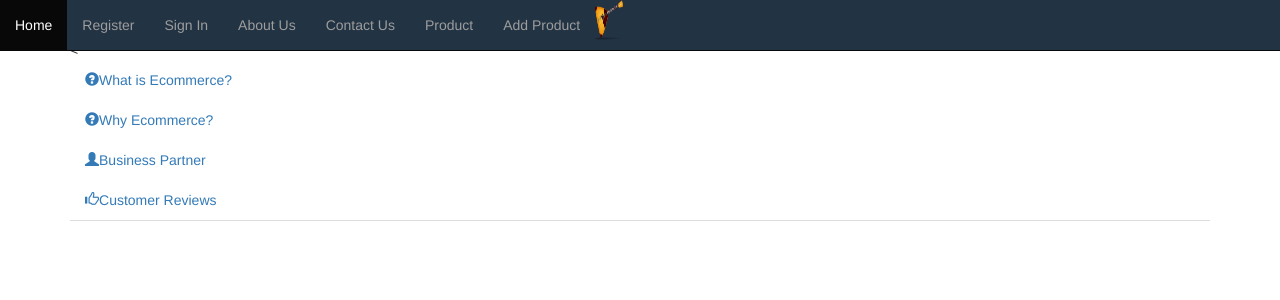
Repository: aradhana15/myFinalRepository
Page: http://localhost/music/WEB-INF/views/yecomm.jsp
These files come from the project's save history. The page is drawn as it stood at one moment and after the next save; the edit follows.
The browser window is 1280 px wide. The pictures show the whole page.
The page is served by Tomcat 9. Nobody is signed in. The template is opened directly, without the code that normally fills it, so the values that code supplies are empty.

Above is the page before, as saved 2016-04-23 16:39:44.
Console error (its wording comes from the project's code and is left out).

After the next save:
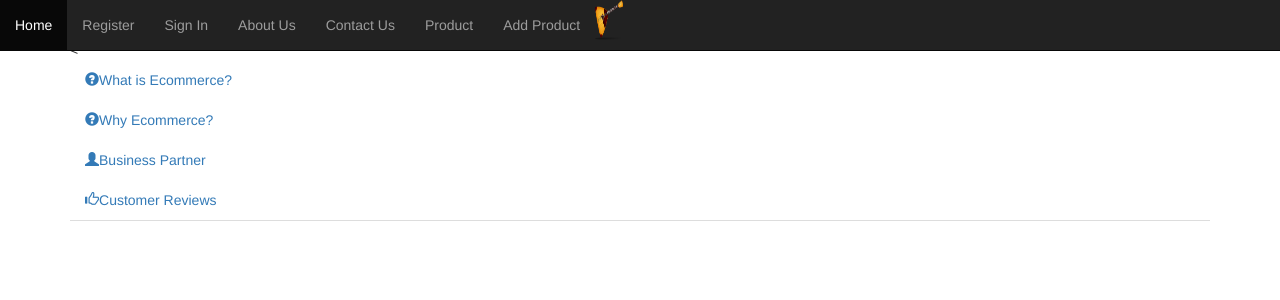
Saved 35 s later.
--- a/wwf/music/src/main/webapp/WEB-INF/views/header.jsp
+++ b/wwf/music/src/main/webapp/WEB-INF/views/header.jsp
@@ -9,7 +9,7 @@
 
 
 <div class="container">
-	<div class="navbar navbar-inverse navbar-fixed-top" role="navigation" style="background-color: #223344">
+	<div class="navbar navbar-inverse navbar-fixed-top" role="navigation" style="background-color: #223344 olive;">
 
 
 		<div class="nav navbar-nav">
